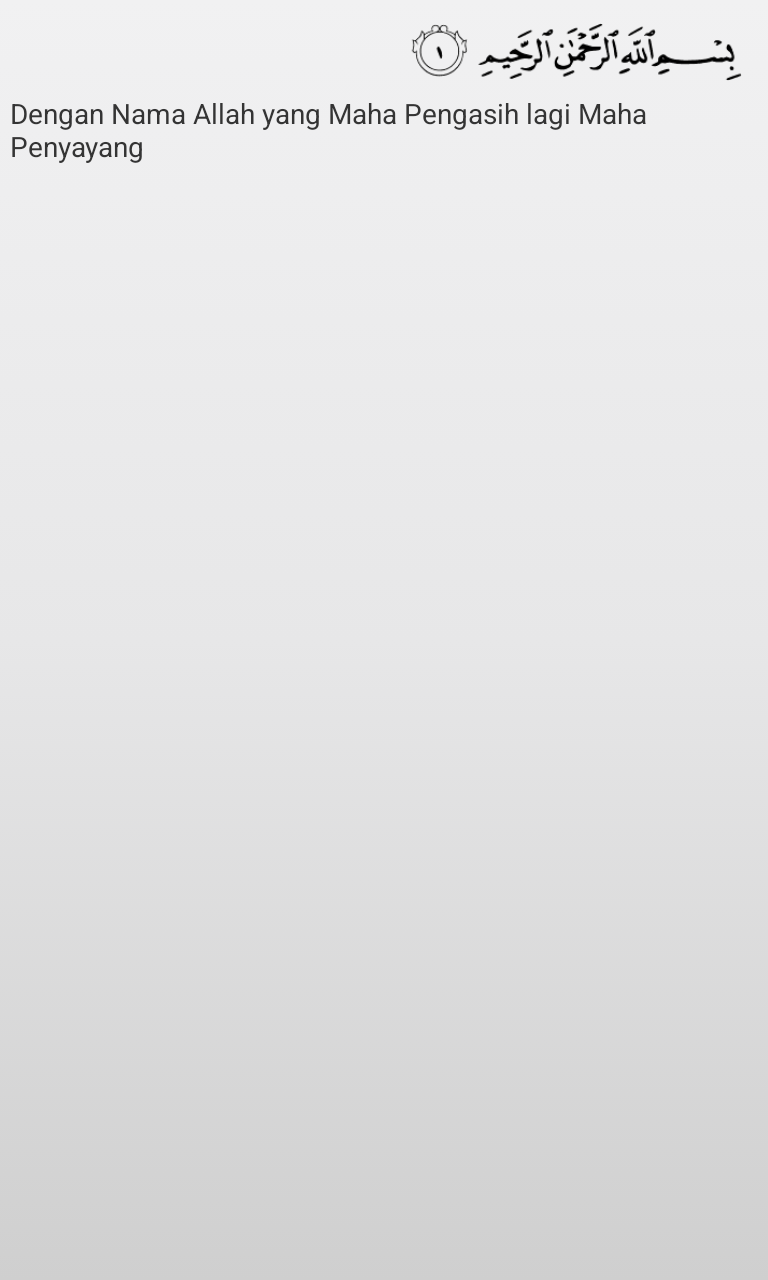
Repository: rezaervani/ayongajitiaphari
Layout: AyoNgajiTiapHari/res/layout/barisriyadhusshalihin.xml
The author's editor kept a copy of each file at every save. The layout is drawn from the files as they stood at one save, then again after the next save.
It is drawn on a 768 x 1280 px phone screen (xhdpi) without system bars, with theme AppTheme; the app's code is not run.

Above is the layout before, as saved 2014-06-29 05:46:56.

After the next save:
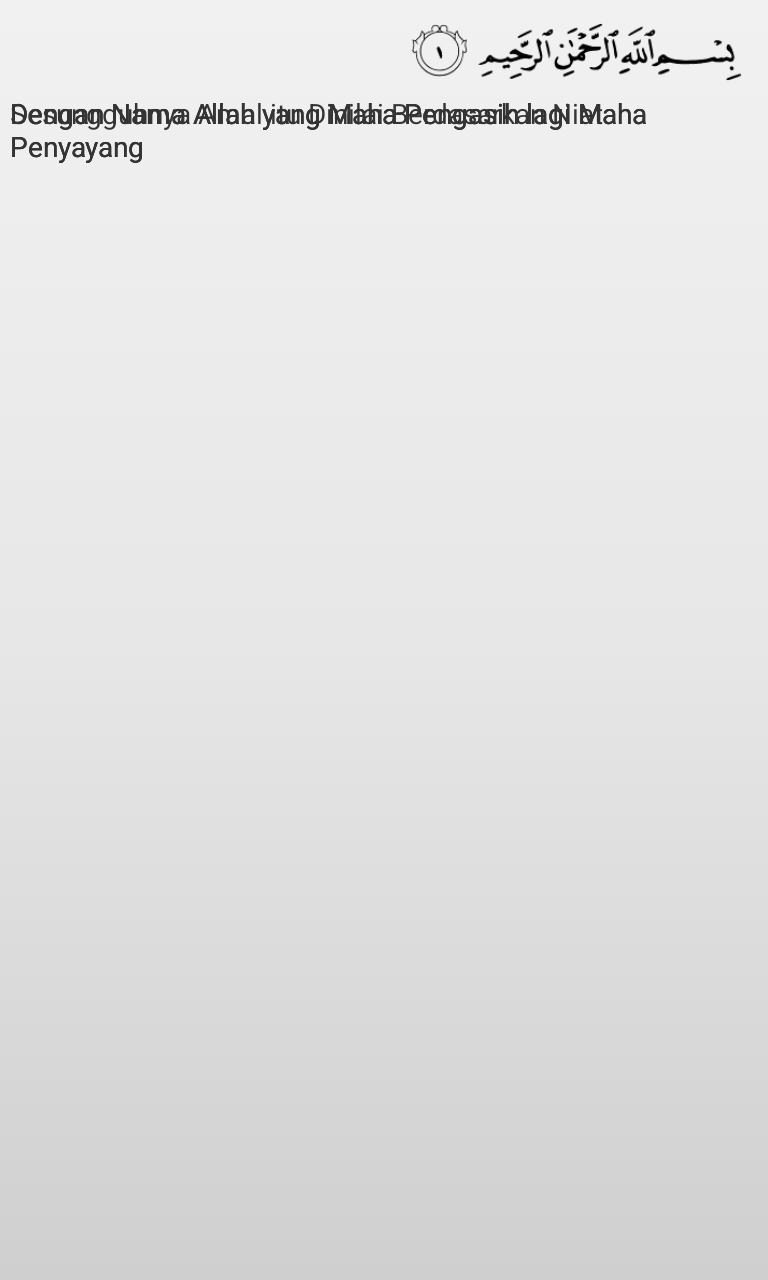
Saved 2 min 26 s later.
--- a/AyoNgajiTiapHari/res/layout/barisriyadhusshalihin.xml
+++ b/AyoNgajiTiapHari/res/layout/barisriyadhusshalihin.xml
@@ -42,6 +42,39 @@
         android:layout_alignLeft="@+id/thumbnail"
         android:layout_alignParentLeft="true"
         android:layout_below="@+id/thumbnail"
+        android:text="Sesungguhnya Amal itu Dinilai Berdasarkan Niat"
+        android:textColor="#343434"
+        android:textSize="14sp" />
+
+     <TextView
+        android:id="@+id/derajat"
+        android:layout_width="fill_parent"
+        android:layout_height="wrap_content"
+        android:layout_alignLeft="@+id/thumbnail"
+        android:layout_alignParentLeft="true"
+        android:layout_below="@+id/thumbnail"
+        android:text="Dengan Nama Allah yang Maha Pengasih lagi Maha Penyayang"
+        android:textColor="#343434"
+        android:textSize="14sp" />
+
+      <TextView
+        android:id="@+id/pengesahan"
+        android:layout_width="fill_parent"
+        android:layout_height="wrap_content"
+        android:layout_alignLeft="@+id/thumbnail"
+        android:layout_alignParentLeft="true"
+        android:layout_below="@+id/thumbnail"
+        android:text="Dengan Nama Allah yang Maha Pengasih lagi Maha Penyayang"
+        android:textColor="#343434"
+        android:textSize="14sp" />
+
+       <TextView
+        android:id="@+id/syarah"
+        android:layout_width="fill_parent"
+        android:layout_height="wrap_content"
+        android:layout_alignLeft="@+id/thumbnail"
+        android:layout_alignParentLeft="true"
+        android:layout_below="@+id/thumbnail"
         android:text="Dengan Nama Allah yang Maha Pengasih lagi Maha Penyayang"
         android:textColor="#343434"
         android:textSize="14sp" />
